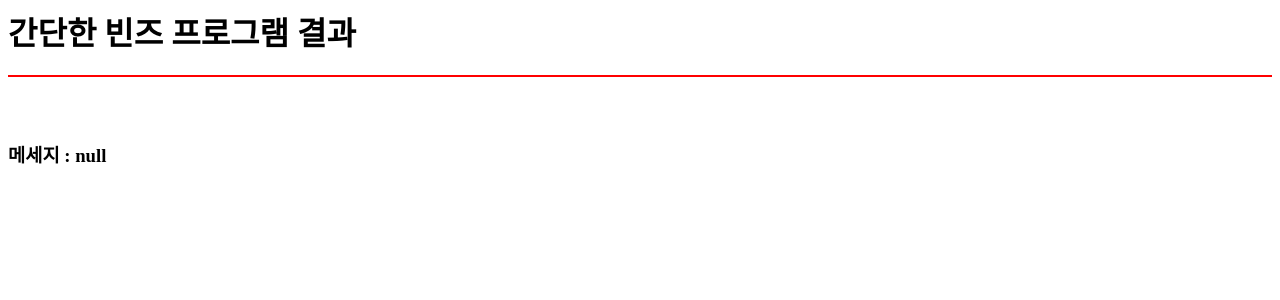
Repository: DynamicRD/jsp_Study
Page: http://localhost/jspStudy/sample/simpleBean.jsp
These files come from the project's save history. The page is drawn as it stood at one moment and after the next save; the edit follows.
The browser window is 1280 px wide. The pictures show the whole page.
The page is served by Tomcat 9.

Above is the page before, as saved 2024-12-10 02:15:11.

After the next save:
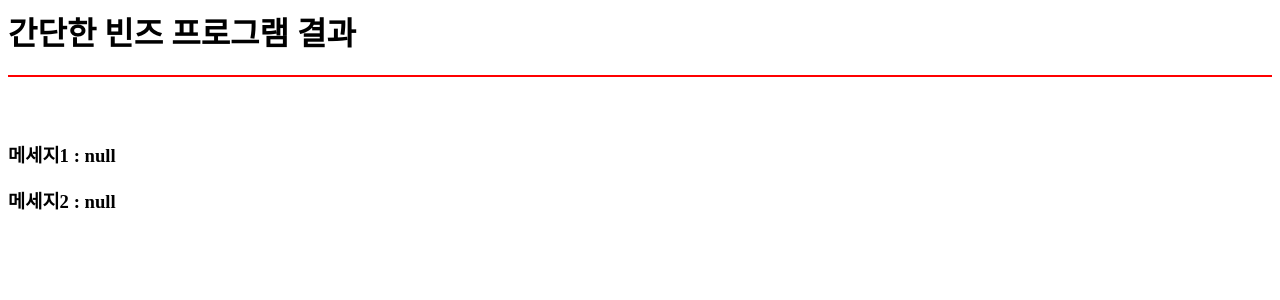
Saved 8 s later.
--- a/jspStudy/src/main/webapp/sample/simpleBean.jsp
+++ b/jspStudy/src/main/webapp/sample/simpleBean.jsp
@@ -14,7 +14,8 @@
 	<h1>간단한 빈즈 프로그램 결과</h1>
 	<hr color="red"></hr>
 	<br></br>
-	<h3> 메세지 : <%= simpleVO.getMessage1() %></h3>
+	<h3> 메세지1 : <%= simpleVO.getMessage1() %></h3>
+	<h3> 메세지2 : <%= simpleVO.getMessage2() %></h3>
 	</font>
 </body>
 </html>
